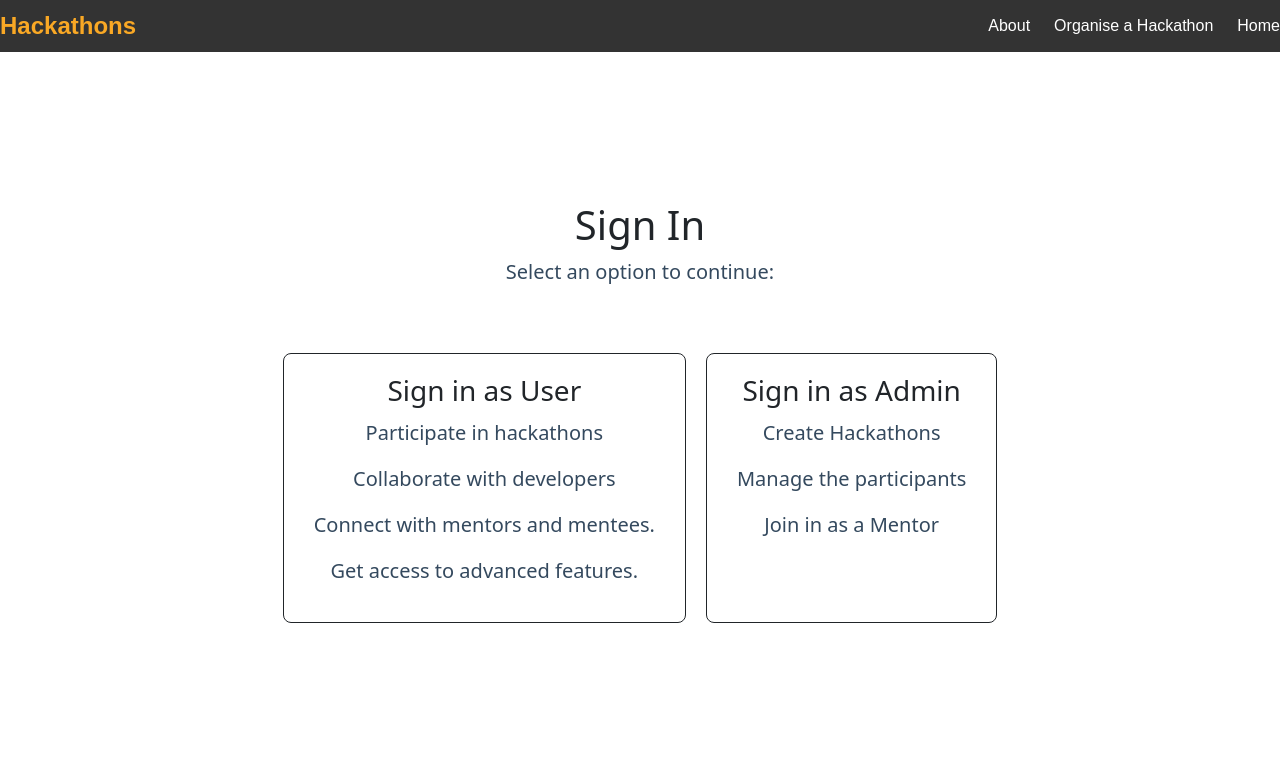
Repository: Ken-Kanike/RUBIX25_41_TECHTITANS
Page: /signin (app in backend/client/)
An editor plug-in stored every save of this project. The page is shown before and after the next save, followed by the edit.
The browser window is 1280 px wide. The pictures show the whole page.
The project was rebuilt for these pictures with package versions that can differ from the ones it lists, and the page was loaded fresh each time. Also part of the build but not shown: backend/client/src/homepage.js.

Above is the page before, as saved 2025-01-23 01:07:41.

After the next save:
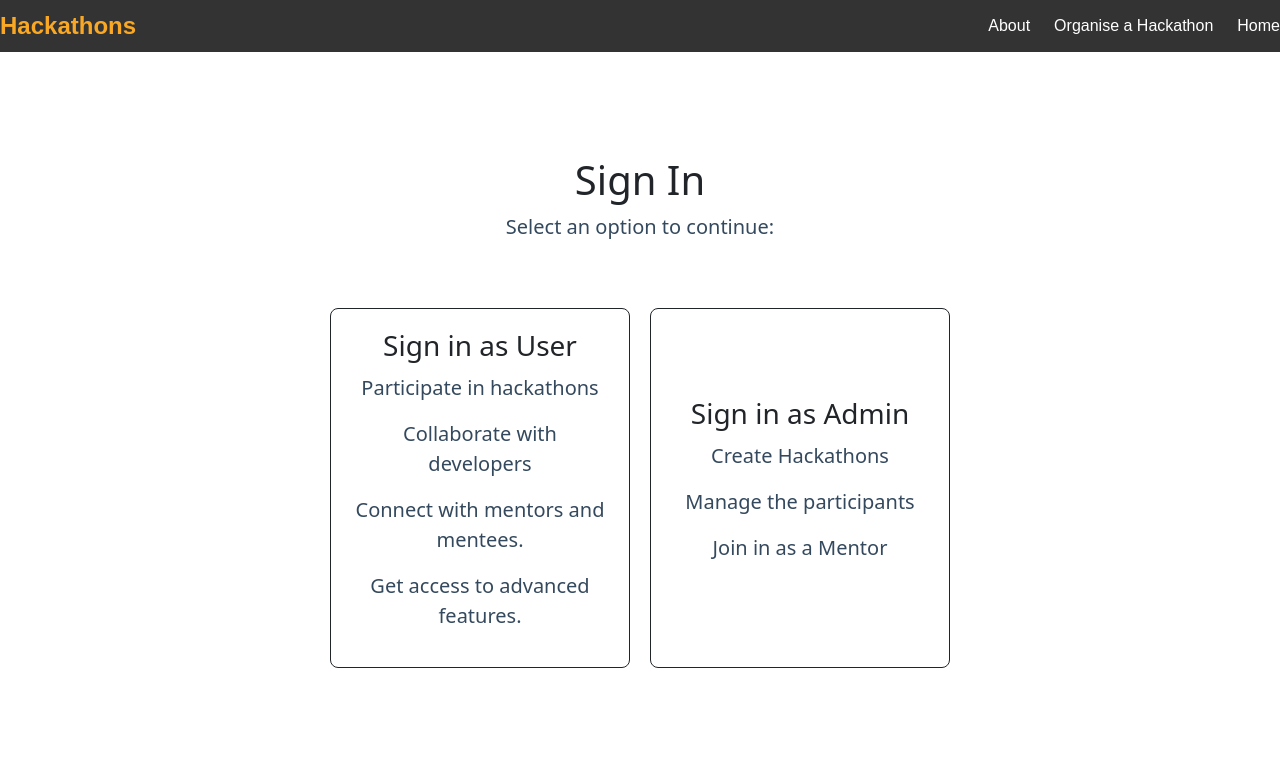
Saved 4 min 0 s later.
--- a/backend/client/src/signin.js
+++ b/backend/client/src/signin.js
@@ -22,10 +22,15 @@ const OptionCard = styled.div`
   background-color: ${(props) => props.theme.card};
   border: 1px solid ${(props) => props.theme.primary};
   border-radius: 8px;
-  padding: 20px 30px;
+  padding: 20px;
   text-align: center;
   cursor: pointer;
   transition: transform 0.2s, box-shadow 0.2s;
+  width: 300px; /* Fixed width */
+  min-height: 150px; /* Optional: ensure consistent height */
+  display: flex;
+  flex-direction: column;
+  justify-content: center;
 
   &:hover {
     transform: translateY(-5px);
@@ -41,6 +46,7 @@ const OptionCard = styled.div`
     color: ${(props) => props.theme.text_secondary};
   }
 `;
+
 
 const SignIn = () => {
   const handleUserSignIn = () => {
